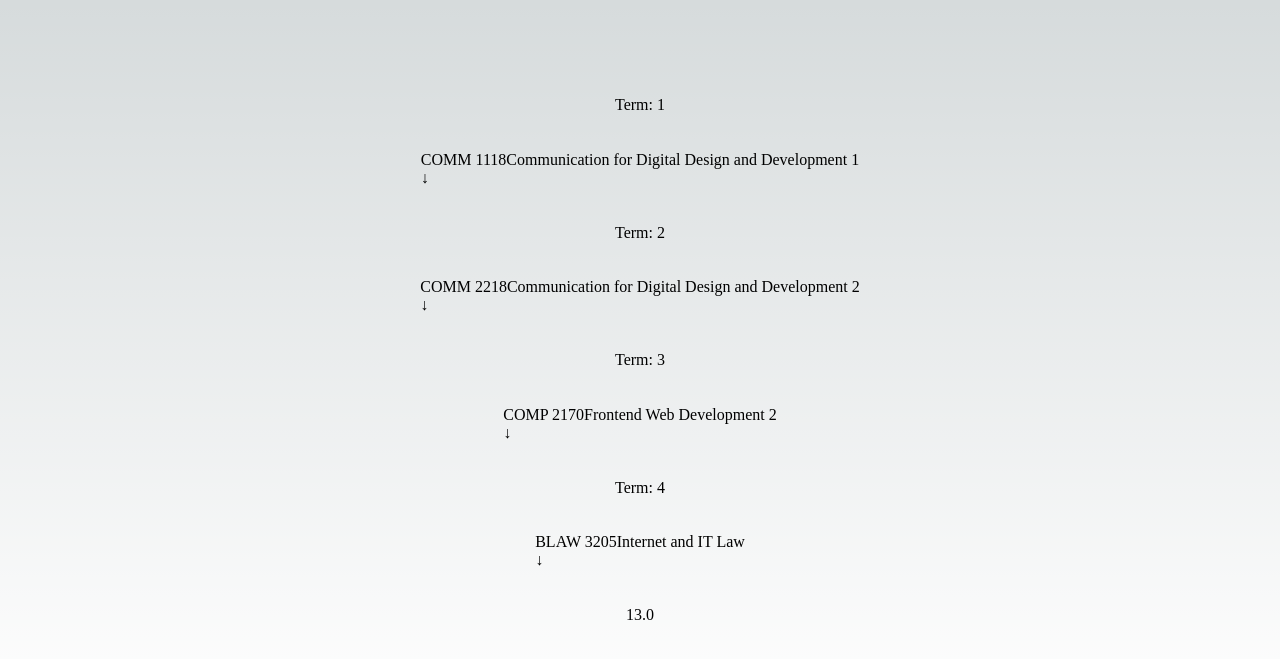
Repository: giovanabirck/env-accordion
Page: /
These files come from the project's save history. The page is drawn as it stood at one moment and after a run of saves; the edit follows.
The browser window is 1280 px wide. The pictures show the whole page.
The project was rebuilt for these pictures with package versions that can differ from the ones it lists, and the page was loaded fresh each time. The framework's server and built-in components were replaced by stand-ins that run in the browser. Also part of the build but not shown: next.config.js.

Above is the page before, as saved 2023-03-30 14:07:31.

### pages/index.js
import Head from 'next/head'
import styles from '@/styles/Home.module.css'
import { useState, useEffect } from 'react'
import { matrix } from '../data/matrix.js'
import Accordion from '@/components/Accordion/index.js'


export default function Home() {

  const [totalCredits, setTotalCredits] = useState(0);

  const [data, setData] = useState([...matrix.courses]);

  useEffect(() => {
    var x = 0;

    data.map((i) => {
      x += i.credits
    })
    setTotalCredits(x);

  }, [])


  return (
    <>

      <Head>
        <title>Create Next App</title>
        <meta name="description" content="Generated by create next app" />
        <meta name="viewport" content="width=device-width, initial-scale=1" />
        <link rel="icon" href="/favicon.ico" />
      </Head>

      <main className={styles.main}>

        {data && data.map((info, index) => {
          return(
            <Accordion  key={index}
                        term={info.term}
                        code={info.code}
                        title={info.title}

                        />

          )
        })}


        {totalCredits.toFixed(1)}

      </main>

    </>
  )
}

### data/matrix.js
export const matrix = {
    courses: [
        {
            term: 1,
            code: "COMM 1118",
            title: "Communication for Digital Design and Development 1",
            credits: 3.0,
            description: "Description 1.."
        },
        {
            term: 2,
            code: "COMM 2218",
            title: "Communication for Digital Design and Development 2",
            credits: 4.0,
            description: "Description 2.."
        },
        {
            term: 3,
            code: "COMP 2170",
            title: "Frontend Web Development 2",
            credits: 3.0,
            description: "Description 3.."
        },
        {
            term: 4,
            code: "BLAW 3205",
            title: "Internet and IT Law",
            credits: 3.0,
            description: "Description 4.."
        }
    ]
}

### components/Accordion/index.js
import { useState } from "react";

export default function Accordion({
    term, code, title, credits, description
}) {

    const [isActive, setIsActive] = useState(false);

    return(
        <>
            Term: {term}
            <div onClick={() => setIsActive(!isActive)}>
                {code}
                {title}
                {credits}
                <div>{isActive ? "↑" : "↓"}</div>
            </div>

            {isActive && <div>{description}</div>}
        </>
    )
}

Loaded but not shown: pages/_app.js (common file); pages/_document.js (common file); styles/globals.css (common file); styles/Home.module.css (common file)

After the next 3 saves:
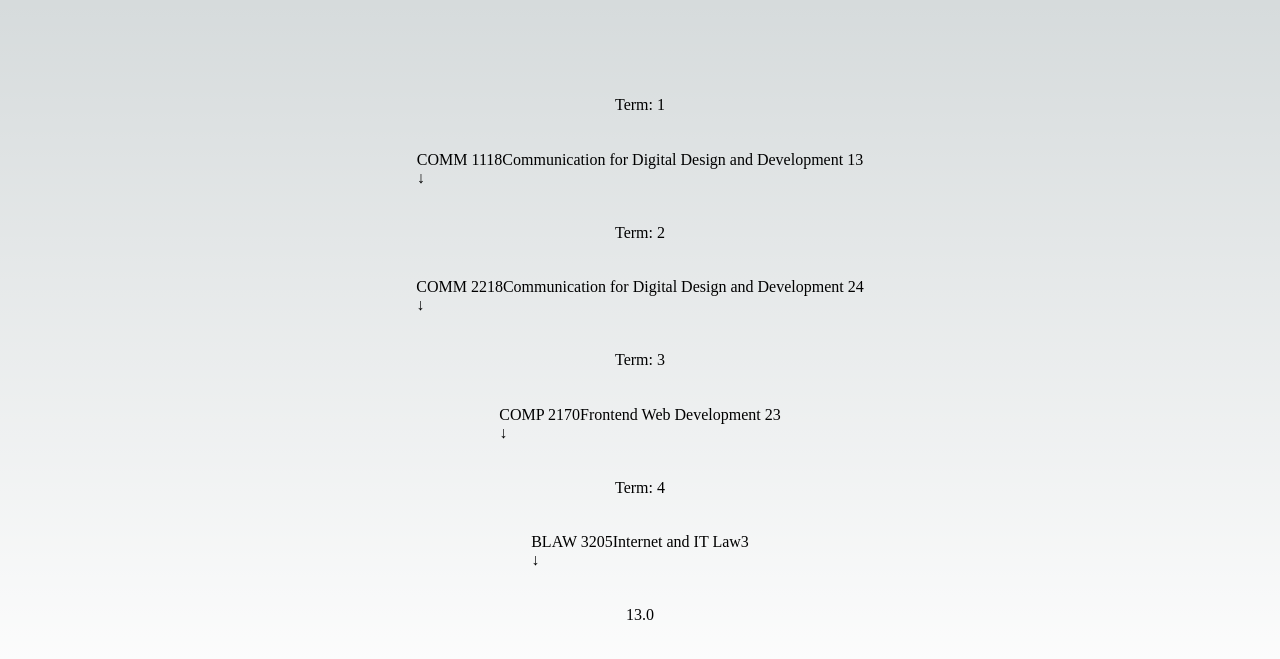
The 3 saves are shown as one change because 1 did not build or start and some came seconds apart.
The last was saved 9 s later.
--- a/pages/index.js
+++ b/pages/index.js
@@ -40,6 +40,7 @@ export default function Home() {
                         term={info.term}
                         code={info.code}
                         title={info.title}
+                        credits={info.credits}
 
                         />
 
